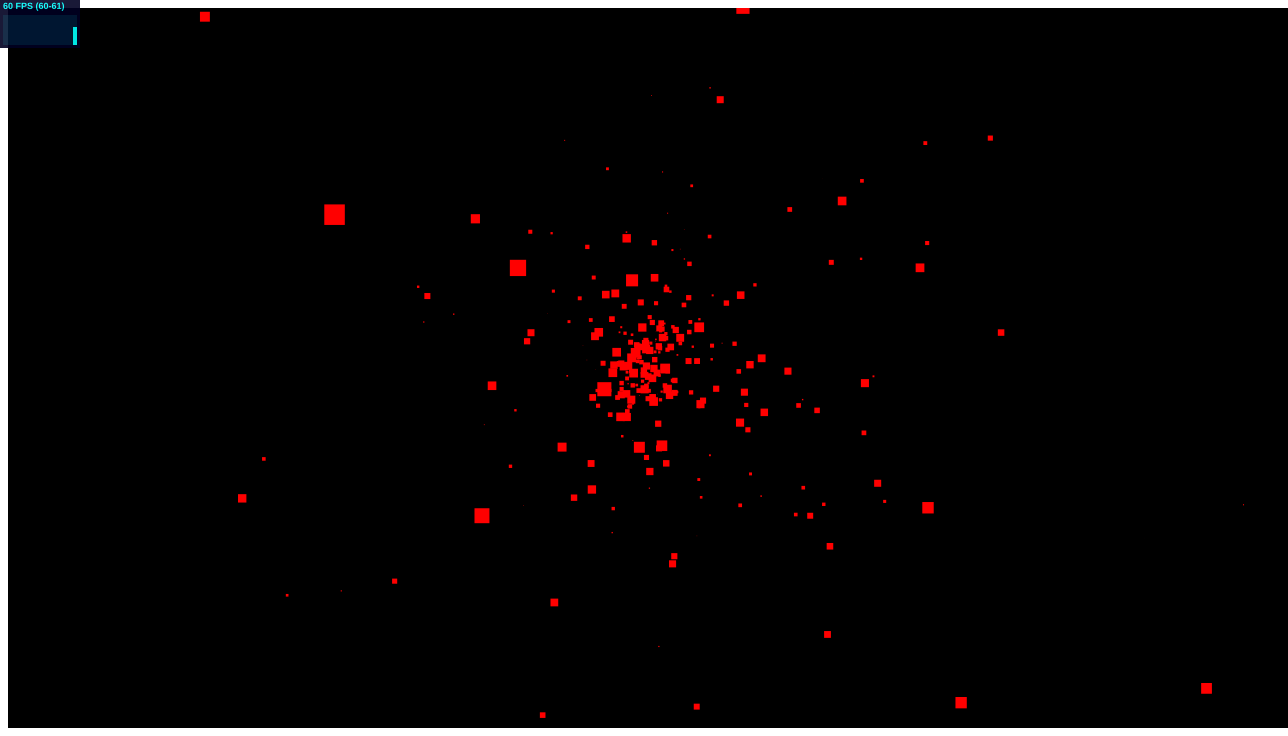
Repository: jocarsa/ThreeJSVJ
Page: index19.html
The author's editor kept a record of every edit. The page is drawn from the files as they stood at one moment, then again after the next edit.
The browser window is 1280 px wide. The page is 1288 px wide, so the pictures cover 1288 px, including what lies to the right of the window. The pictures show the whole page.

Above is the page before.

### index19.html
<html>
    <head>
        <script src="lib/three.min.js"></script>
        <script src="lib/CanvasRenderer.js"></script>
        <script src="lib/Projector.js"></script>
        <script src="lib/stats.min.js"></script>
    </head>
    <body>
        <script>
            var container;
			var camera;
			var scene;
			var renderer;
			var group;          // Grupo es un grupo de elementos (movibles)
			var particle;       // Cada una de las particulas que vamos a crear dentro de ese grupo

			init()
			animate()

			function init(){
			    container = document.createElement( 'div' );
				document.body.appendChild( container );
				camera = new THREE.PerspectiveCamera( 75, window.innerWidth / window.innerHeight, 1, 3000 );
				camera.position.z = 1000;
				scene = new THREE.Scene();



			    group = new THREE.Group(); // Ahora es un grupo de elementos de THREE
			    scene.add(group);

			    for(var i = 0;i<10000;i++){

			    }
			    var luzglobal = new THREE.AmbientLight( 0xffffff,2 );
			    scene.add( luzglobal );
			    stats = new Stats();
				container.appendChild( stats.dom );
			    renderer = new THREE.CanvasRenderer();
				renderer.setPixelRatio( window.devicePixelRatio );
				renderer.setSize( window.innerWidth, window.innerHeight );
				container.appendChild( renderer.domElement );
				setTimeout("dimelo()",1000)
			}
			var multiplicador = 0.99
			var multiplicamaterial = 1.1;
			function dimelo(){
			    //console.log(group.children[1].material.color)
			}
			var program = function ( context ) {
					context.beginPath();
					context.arc( 0, 0, 4, 0, Math.PI*2, true );
					context.fill();
				};
			function animate() {
			    if(group.children.length > 500){multiplicador = 1.2;}
			    //console.log(group.children.length)
			    for(var j = 0;j < group.children.length;j++){
			        /*group.children[j].position.x += (Math.random()-0.5)*3
			        group.children[j].position.y -= (Math.random()-0.5)*3
			        group.children[j].position.z -= (Math.random()-0.5)*3*/
			        group.children[j].position.x *= multiplicador
			        group.children[j].position.y *= multiplicador
			        group.children[j].position.z *= multiplicador
			        //group.children[j].material.color *= multiplicamaterial;
			        group.children[j].material.color['r']

			    }

			    // Material especial para Sprites de particulas
			        /*var material = new THREE.SpriteCanvasMaterial( {
						color: Math.random() * 0x808008 + 0x808080,
						program: program
					} );*/
					var mitextura = THREE.ImageUtils.loadTexture("log.png");
					var material = new THREE.SpriteMaterial( {
						 color: 0xff0000,program: program
					} );
					//var material = new THREE.MeshPhongMaterial({color:0xff0000})

					particle = new THREE.Sprite( material );
					particle.position.x = Math.random() * 2000 - 1000;
					particle.position.y = Math.random() * 2000 - 1000;
					particle.position.z = Math.random() * 2000 - 1000;
					particle.scale.x = particle.scale.y = Math.random() * 20 + 0;
					group.add( particle );

				requestAnimationFrame( animate );
				render();
				stats.update();
			}
			function render() {

				camera.lookAt( scene.position );
				group.rotation.x += 0.001;
				group.rotation.y += 0.002;
				renderer.render( scene, camera );
			}
        </script>
    </body>
</html>

Loaded but not shown: lib/three.min.js (library); lib/CanvasRenderer.js (library); lib/Projector.js (library); lib/stats.min.js (common file)

After the next edit:
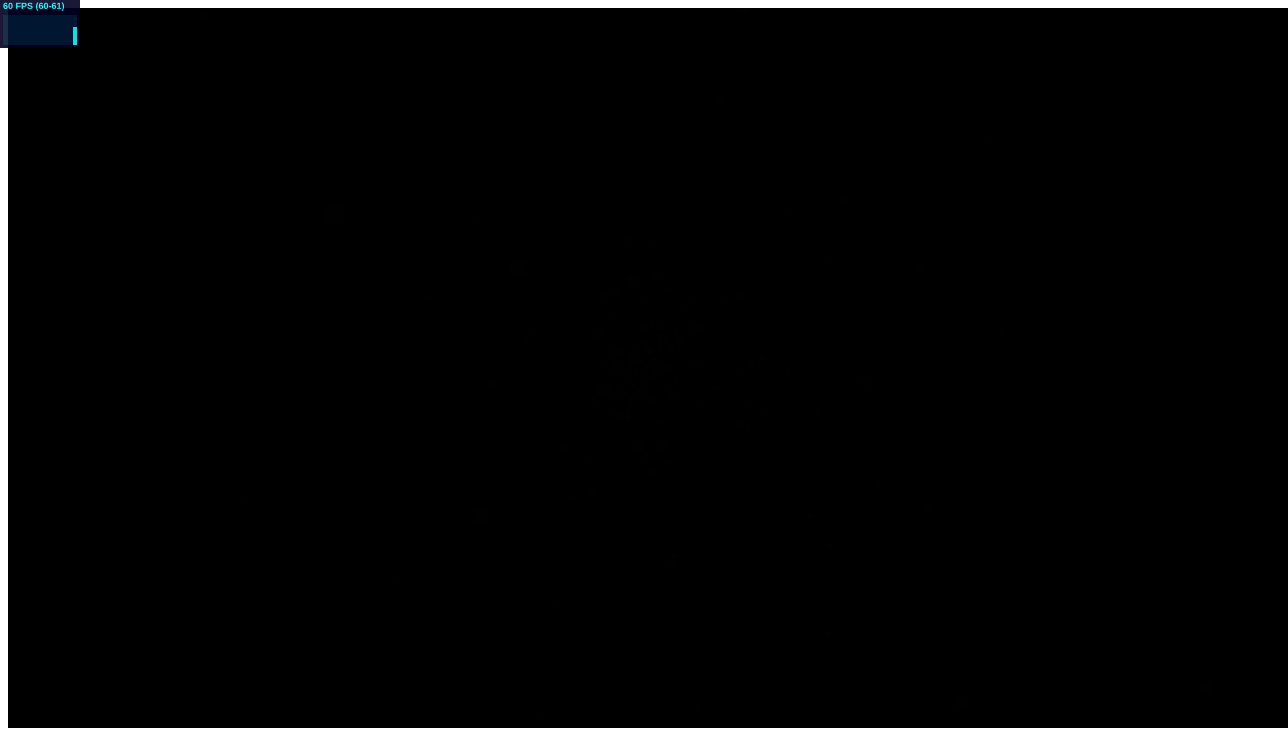
The edit:
--- a/index19.html
+++ b/index19.html
@@ -74,7 +74,7 @@
 					} );*/
 					var mitextura = THREE.ImageUtils.loadTexture("log.png");
 					var material = new THREE.SpriteMaterial( {
-						 color: 0xff0000,program: program
+						 color: 0x010101,program: program
 					} );
 					//var material = new THREE.MeshPhongMaterial({color:0xff0000})
 
